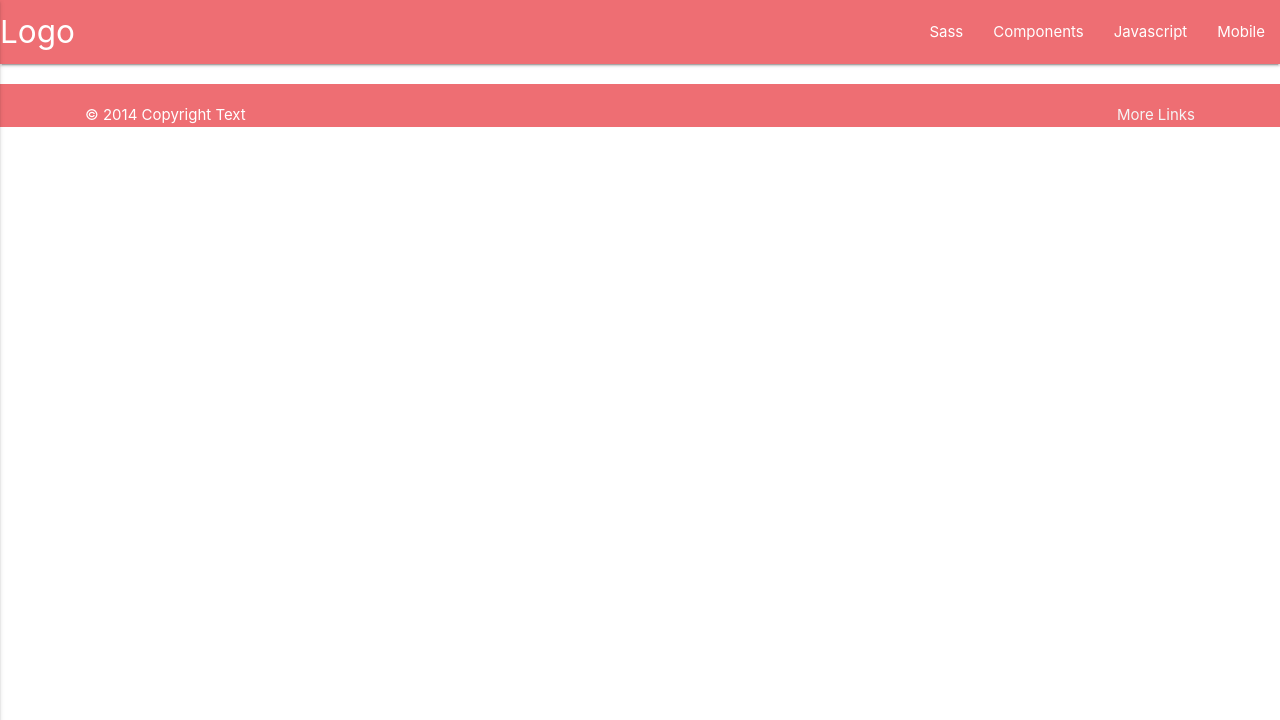
Repository: Lemoenskil/Milestone_project_3_Garden_planner
Page: http://localhost/
The author's editor kept a record of every edit. The page is drawn from the files as they stood at one moment, then again after the next edit.
The browser window is 1280 px wide. The pictures show the whole page.
Some web libraries are served in a nearby version. The page is served by the project's application, run on Flask 3 (app.py). Queries for data that is not in the repository find no rows.

Above is the page before.

After the next edit:
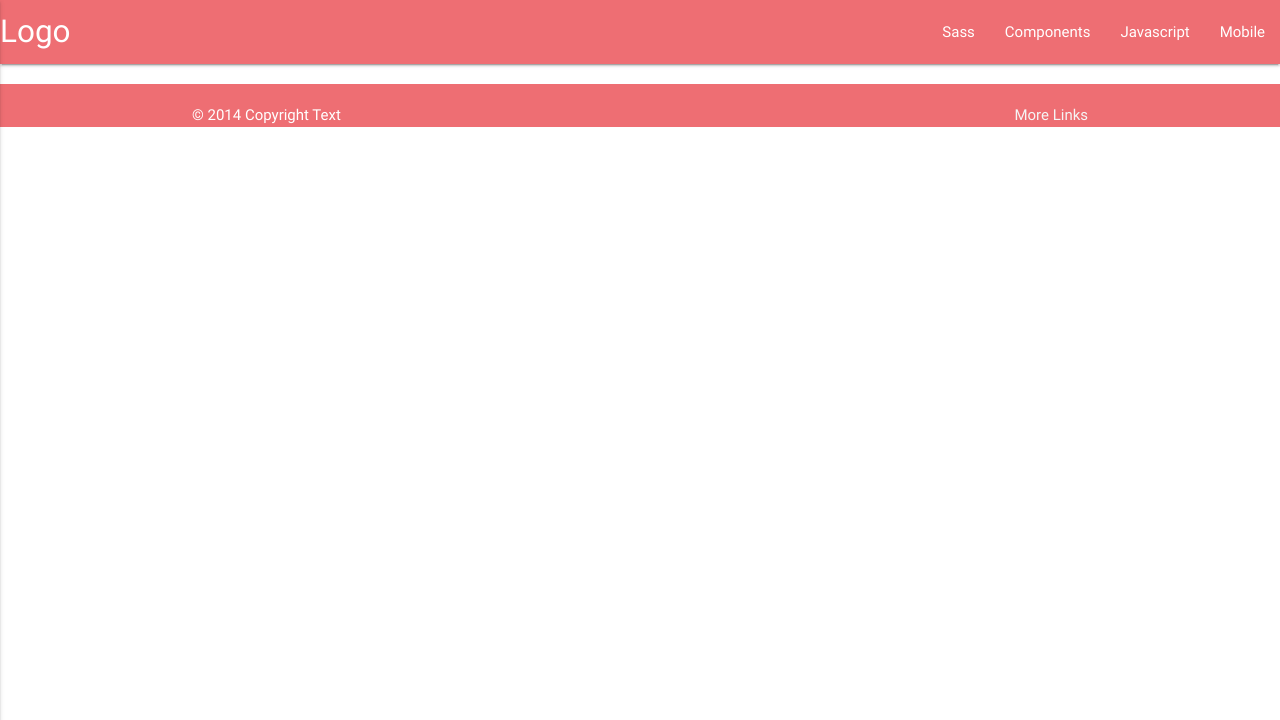
The edit:
--- a/templates/base.html
+++ b/templates/base.html
@@ -6,7 +6,7 @@
     <meta http-equiv="X-UA-Compatible" content="ie=edge">
     <link href="https://fonts.googleapis.com/icon?family=Material+Icons" rel="stylesheet">
     <link rel="stylesheet" href="https://cdnjs.cloudflare.com/ajax/libs/materialize/0.100.2/css/materialize.min.css">
-    <link href="https://stackpath.bootstrapcdn.com/bootstrap/4.4.1/css/bootstrap.min.css" rel="stylesheet" integrity="sha384-Vkoo8x4CGsO3+Hhxv8T/Q5PaXtkKtu6ug5TOeNV6gBiFeWPGFN9MuhOf23Q9Ifjh" crossorigin="anonymous">
+    <link href="https://stackpath.bootstrapcdn.com/bootstrap/4.4.1/css/bootstrap.min.css">
     <link rel="stylesheet" href="{{url_for('static', filename='css/style.css')}}" type="text/css" />
     <title>Garden Planner</title>
 </head>

After the 2 edits that followed:
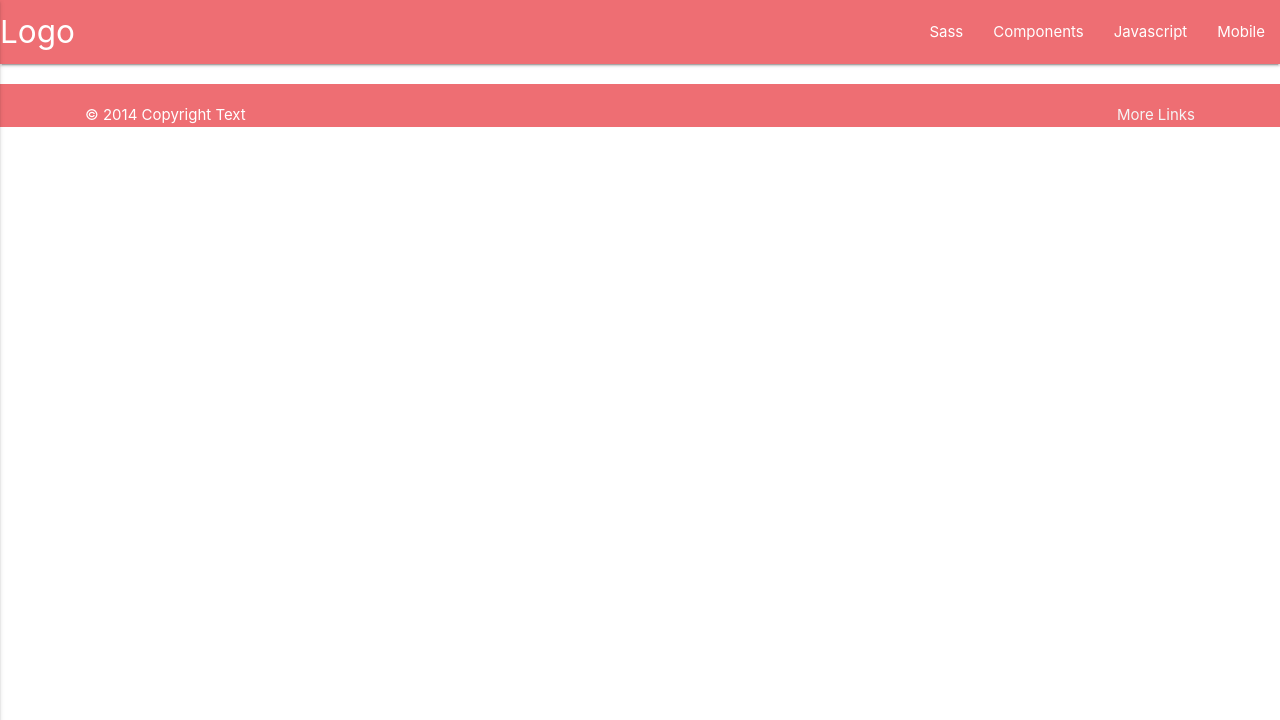
The 2 edits are shown as one change because 1 left the picture as it was.
The edit:
--- a/templates/base.html
+++ b/templates/base.html
@@ -6,7 +6,7 @@
     <meta http-equiv="X-UA-Compatible" content="ie=edge">
     <link href="https://fonts.googleapis.com/icon?family=Material+Icons" rel="stylesheet">
     <link rel="stylesheet" href="https://cdnjs.cloudflare.com/ajax/libs/materialize/0.100.2/css/materialize.min.css">
-    <link href="https://stackpath.bootstrapcdn.com/bootstrap/4.4.1/css/bootstrap.min.css">
+    <link href="https://stackpath.bootstrapcdn.com/bootstrap/4.4.1/css/bootstrap.min.css" rel="stylesheet" integrity="sha384-Vkoo8x4CGsO3+Hhxv8T/Q5PaXtkKtu6ug5TOeNV6gBiFeWPGFN9MuhOf23Q9Ifjh" crossorigin="anonymous">
     <link rel="stylesheet" href="{{url_for('static', filename='css/style.css')}}" type="text/css" />
     <title>Garden Planner</title>
 </head>
@@ -44,7 +44,6 @@
     </footer>
     <script src="https://code.jquery.com/jquery-3.4.1.slim.min.js" integrity="sha384-J6qa4849blE2+poT4WnyKhv5vZF5SrPo0iEjwBvKU7imGFAV0wwj1yYfoRSJoZ+n" crossorigin="anonymous"></script>
     <script src="https://cdnjs.cloudflare.com/ajax/libs/jquery/3.2.1/jquery.min.js"></script>
-    <script src="https://cdn.jsdelivr.net/npm/popper.js@1.16.0/dist/umd/popper.min.js"></script>
     <script src="https://stackpath.bootstrapcdn.com/bootstrap/4.4.1/js/bootstrap.min.js"></script>
     <script src="https://cdnjs.cloudflare.com/ajax/libs/materialize/0.100.2/js/materialize.min.js"></script>
     <script type="text/javascript">
